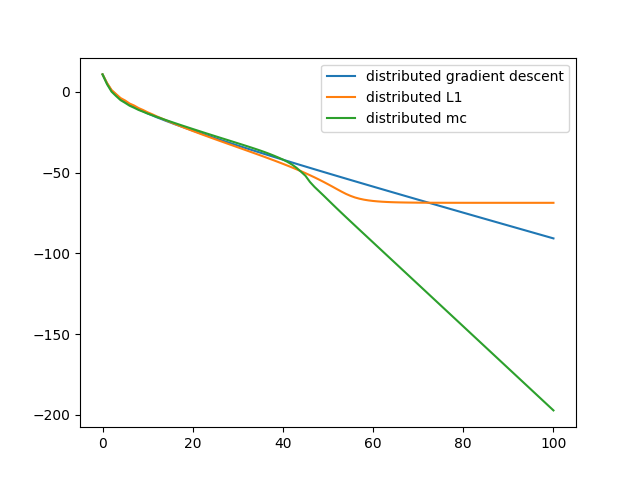
Repository: komuro-zero/distributed-optimization
Script's output: python main.py
These files come from the project's save history. The script's output is drawn as it stood at one moment and after the next save; the edit follows.
Random numbers start from a fixed seed.

Above is the script's output before, as saved 2019-09-24 11:40:06.

### main.py
import numpy as np
import matplotlib.pyplot as plt
from numpy.random import *
from modules.distributed_functions import functions


class distributed_updates(functions):


    def __init__(self):

        self.N = 30
        self.m = 100
        self.r_i = 40
        self.iteration = 100
        self.sparsity_percentage = 0.2
        self.lamb = 10**-2
        self.eta = 0.23
        self.rho = self.lamb*(20**2)
        if self.lamb/self.rho <= self.eta*self.lamb:
            print("faulty rho")
            exit()

    def make_variables(self):
        """
        w_star,U_all,d_allを返㝙
        """
        w = randn(self.N,1)
        w_star = self.w_star(self.N,self.sparsity_percentage)
        U_all = randn(self.m,self.N)
        d_all = np.dot(U_all,w_star)
        L2 = np.dot(w_star.T,w_star)

        return w,w_star,U_all,d_all,L2

    def run(self):
        w,w_star,U_all,d_all,L2 = self.make_variables()
        c = self.adjacency_matrix(self.m,self.r_i)
        w_all = self.make_w(self.m,self.N)

        #self.centralized_gradient_descent(U_all,d_all,w,w_star,L2,0.0035,self.iteration)
        #self.centralized_L1(U_all,d_all,w,w_star,L2,10**-4,0.0036,self.iteration)
        #self.centralized_mc(U_all,d_all,w,w_star,L2,5*10**-1,0.0036,5*10**-1*(23.57**2),self.iteration)
        self.distributed_gradient_descent(U_all,d_all,w_star,L2,self.N,self.m,self.r_i,0.25,self.iteration,c,w_all)
        self.distributed_L1(U_all,d_all,w_star,L2,self.N,self.m,self.r_i,10**-4,0.26,self.iteration,c,w_all)
        dmc = self.distributed_mc(U_all,d_all,w_star,L2,self.N,self.m,self.r_i,self.lamb,self.eta,self.rho,self.iteration,c,w_all)

        #error = [cgd[-1],cl1,cmc[-1],dgd[-1],dl1[-1],dmc[-1]]
        return dmc[-1]#error

"""
    #not completed
    def run_distributed(self):
        w,w_star,U_all,d_all,L2 = self.make_variables()

        lamb_l1 = 9*10**-5
        lamb_mc = 10**-3
        eta_gd = 0.1
        eta_l1 = 0.09
        eta_mc = 0.01

        self.distributed(U_all,d_all,w_star,L2,self.N,self.m,self.r_i,lamb_l1,lamb_mc,eta_gd,eta_l1,eta_mc,self.rho,self.iteration)
"""


if __name__ == "__main__":
    simulation = distributed_updates()
    cgd=cl1=cmc=dgd=dl1=dmc=[]
    for i in range(1):
        error = simulation.run()
        cgd.append(error)
        print("iteration:",i)
        """
        error = simulation.run()
        cgd.append(error[0])
        cl1.append(error[1])
        cmc.append(error[2])
        dgd.append(error[3])
        dl1.append(error[4])
        dmc.append(error[5])

        print("iteration:",i)
        """
    times = range(len(cgd))

    print("average:",sum(cgd)/len(cgd),"\n max:",max(cgd))
    #plt.bar(times,cgd)
    plt.legend()
    plt.show()

### modules/distributed_functions.py
#functions used in each simulations
import numpy as np
from numpy.random import *
import matplotlib.pyplot as plt
import random

class functions():
	def w_star(self,N,sparse_percentage):
		w_star = randn(N,1)     #０に近い値が出力される。つまり平均は0
		before_length = len(w_star)
		after_length = before_length
		while (after_length / before_length) > sparse_percentage:
			a = randint(0,N-1)  #randintは整数で返す
			w_star[a] = 0
			after_length = len(np.unique(w_star))-1  #重複要素の削除
		return w_star

	def db(self,x, y):
		db = 10 * np.log10(x / y)
		return db[0][0]

	def adjacency_matrix(self,m,r_i):
		c = np.eye(m)
		for j in range(m):
			counter = 0
			while counter != r_i:
				random_num = random.randint(0,m-1)
				if c[j][random_num] != 1:
					c[j][random_num] = 1
					counter += 1
		return c

	def make_w(self,m,N):
		w = randn(N,1).T
		for i in range(m-1):
			w = np.concatenate((w,randn(N,1).T))
		return w

	def centralized_gradient_descent(self,Ut,d,w,w_star,L2,eta,iteration):
		error = [self.db(np.dot((w-w_star).T,w-w_star)[0],L2)]
		times = [0]
		one_error =0
		U = Ut.T
		for i in range(iteration):
			w = w - 2*eta*(np.dot(U,(np.dot(Ut,w)-d)))
			one_error = np.dot((w-w_star).T,w-w_star)[0]
			error.append(self.db(one_error,L2))
			times.append(i+1)
		plt.plot(times,error,label = "centralized gradient descent")
		return error,w

	def centralized_L1(self,Ut,d,w,w_star,L2,lamb,eta,iteration):
		error = [self.db(np.dot((w-w_star).T,w-w_star)[0],L2)]
		times = [0]
		one_error =0
		U = Ut.T
		for i in range(iteration):
			w = w - 2*eta*(np.dot(U,(np.dot(Ut,w)-d)))
			for j in range(len(w)):
				if w[j] > 0 and lamb < abs(w[j]):
					w[j] -= lamb
				elif w[j] < 0 and lamb < abs(w[j]):
					w[j] += lamb
				else:
					w[j] = 0
			one_error = np.dot((w-w_star).T,w-w_star)[0]
			error.append(self.db(one_error,L2))
			times.append(i+1)
		exec("plt.plot(times,error,label = 'centralized_L1')")
		return error,w

	def centralized_mc(self,Ut,d,w,w_star,L2,lamb,eta,rho,iteration):
		error = [self.db(np.dot((w-w_star).T,w-w_star)[0],L2)]
		times = [0]
		one_error =0
		U = Ut.T
		for i in range(iteration):
			w = w - 2*eta*(np.dot(U,(np.dot(Ut,w)-d)))
			for j in range(len(w)):
				if abs(w[j]) < eta*lamb:
					w[j] = 0
				elif eta*lamb < abs(w[j]) and abs(w[j]) < lamb/rho:
					w[j] = w[j]*(abs(w[j])-eta*lamb)/(abs(w[j])*(1-eta*rho))
				elif lamb/rho <= abs(w[j]):
					w[j] = w[j]
				else:
					print("banana")
			one_error = np.dot((w-w_star).T,w-w_star)[0]
			error.append(self.db(one_error,L2))
			times.append(i+1)
			one_error = 0
		plt.plot(times,error,label = "centralized_mc")
		return error,w

	def one_gradient_descent(self,Ut,d,w,eta):
		U = Ut.T
		w = w - 2*eta*((U*(np.dot(Ut,w)-d)))
		return w

	def one_L1(self,Ut,d,w,lamb,eta):
		U = Ut.T
		w = w - 2*eta*((U*(np.dot(Ut,w)-d)))
		for j in range(len(w)):
			if w[j] > 0 and lamb < abs(w[j]):
				w[j] -= lamb
			elif w[j] < 0 and lamb < abs(w[j]):
				w[j] += lamb
			else:
				w[j] = 0
		return w

	def one_mc(self,Ut,d,w,lamb,eta,rho):
		U = Ut.T
		w = w - 2*eta*((U*(np.dot(Ut,w)-d)))
		for j in range(len(w)):
			if abs(w[j]) < eta*lamb:
				w[j] = 0
			elif eta*lamb < abs(w[j]) and abs(w[j]) < lamb/rho:
				w[j] = w[j]*(abs(w[j])-eta*lamb)/(abs(w[j])*(1-eta*rho))
			elif lamb/rho <= abs(w[j]):
				w[j] = w[j]
			else:
				print("banana")
		return w

	def distributed_gradient_descent(self,Ut,d,w_star,L2,N,m,r_i,eta,iteration,c,w_all_f):
		average_error = [0]
		for i in range(1,m+1,1):
			exec("u_%d = Ut[%d]" % (i,i-1))
			exec("d_%d = d[%d][0]" % (i,i-1))
			exec("w_%d = np.reshape(w_all_f[%d],(N,1)).ravel() " % (i,i-1))
			exec("w_next_%d = w_%d" % (i,i))
			exec("error_w_%d = []" % (i))
			exec("one_error_%d =[]" % (i))
			exec("average_error[0] += self.db(np.dot((w_%d-w_star.ravel()).T,w_%d-w_star.ravel()),L2)"%(i,i))
		average_error[0] = average_error[0]/m
		times = [0]
		for i in range(iteration):
			for j in range(1,m+1,1):
				exec("w_%d = self.one_gradient_descent(u_%d,d_%d,w_%d,eta)" % (j,j,j,j))
				exec("w_next_%d = w_%d" % (j,j))
			exec("w_all = [w_next_1]")
			for j in range(2,m+1):
				exec("w_all = np.concatenate((w_all,[w_next_%d]))" %(j))
			exec("average = (1/(r_i+1))*np.dot(c,w_all)")
			for j in range(1,m+1,1):
				exec("w_%d = average[%d]" % (j,j-1))
			for j in range(1,m+1,1):
				exec("one_error_%d = np.dot((w_%d-w_star.ravel()).T,w_%d-w_star.ravel())" % (j,j,j))
				#exec("print(one_error_%d)"%(j))
				exec("error_w_%d.append(self.db(one_error_%d,L2))" % (j,j))
			times.append(i+1)
		for i in range(iteration):
			exec("average_error.append(error_w_1[%d])" % (i))
			for j in range(2,m+1,1):
				exec("average_error[%d] += error_w_%d[%d]" % (i+1,j,i))
			average_error[i+1] = average_error[i+1]/m
		exec("plt.plot(times,average_error,label = 'distributed gradient descent')")
		return average_error

	def distributed_L1(self,Ut,d,w_star,L2,N,m,r_i,lamb,eta,iteration,c,w_all_f):
		average_error = [0]
		for i in range(1,m+1,1):
			exec("u_%d = Ut[%d]" % (i,i-1))
			exec("d_%d = d[%d][0]" % (i,i-1))
			exec("w_%d = np.reshape(w_all_f[%d],(N,1)).ravel() " % (i,i-1))
			exec("w_next_%d = w_%d" % (i,i))
			exec("error_w_%d = []" % (i))
			exec("one_error_%d =[]" % (i))
			exec("average_error[0] += self.db(np.dot((w_%d-w_star.ravel()).T,w_%d-w_star.ravel()),L2)"%(i,i))
		average_error[0] = average_error[0]/m

		times = [0]
		for i in range(iteration):
			for j in range(1,m+1,1):
				exec("w_%d = self.one_L1(u_%d,d_%d,w_%d,lamb,eta)" % (j,j,j,j))
				exec("w_next_%d = w_%d" % (j,j))
			exec("w_all = [w_next_1]")
			for j in range(2,m+1):
				exec("w_all = np.concatenate((w_all,[w_next_%d]))" %(j))
			exec("average = (1/(r_i+1))*np.dot(c,w_all)")
			for j in range(1,m+1,1):
				exec("w_%d = average[%d]" % (j,j-1))
			for j in range(1,m+1,1):
				exec("one_error_%d = np.dot((w_%d-w_star.ravel()).T,w_%d-w_star.ravel())" % (j,j,j))
				exec("error_w_%d.append(self.db(one_error_%d,L2))" % (j,j))
			times.append(i+1)
		for i in range(iteration):
			exec("average_error.append(error_w_1[%d])" % (i))
			for j in range(2,m+1,1):
				exec("average_error[%d] += error_w_%d[%d]" % (i+1,j,i))
			average_error[i+1] = average_error[i+1]/m
		exec("plt.plot(times,average_error,label = 'distributed L1')")
		return average_error

	def distributed_mc(self,Ut,d,w_star,L2,N,m,r_i,lamb,eta,rho,iteration,c,w_all_f):
		average_error = [0]
		for i in range(1,m+1,1):
			exec("u_%d = Ut[%d]" % (i,i-1))
			exec("d_%d = d[%d][0]" % (i,i-1))
			exec("w_%d = np.reshape(w_all_f[%d],(N,1)).ravel() " % (i,i-1))
			exec("w_next_%d = w_%d" % (i,i))
			exec("error_w_%d = []" % (i))
			exec("one_error_%d =[]" % (i))
			exec("average_error[0] += self.db(np.dot((w_%d-w_star.ravel()).T,w_%d-w_star.ravel()),L2)"%(i,i))
		average_error[0] = average_error[0]/m
		times = [0]
		for i in range(iteration):
			for j in range(1,m+1,1):
				exec("w_%d = self.one_mc(u_%d,d_%d,w_%d,lamb,eta,rho)" % (j,j,j,j))
				exec("w_next_%d = w_%d" % (j,j))
			exec("w_all = [w_next_1]")
			for j in range(2,m+1):
				exec("w_all = np.concatenate((w_all,[w_next_%d]))" %(j))
			exec("average = (1/(r_i+1))*np.dot(c,w_all)")
			for j in range(1,m+1,1):
				exec("w_%d = average[%d]" % (j,j-1))
			for j in range(1,m+1,1):
				exec("one_error_%d = np.dot((w_%d-w_star.ravel()).T,w_%d-w_star.ravel())" % (j,j,j))

				exec("error_w_%d.append(self.db(one_error_%d,L2))" % (j,j))
			times.append(i+1)
		for i in range(iteration):
			exec("average_error.append(error_w_1[%d])" % (i))
			for j in range(2,m+1,1):
				exec("average_error[%d] += error_w_%d[%d]" % (i+1,j,i))
			average_error[i+1] = average_error[i+1]/m
		exec("plt.plot(times,average_error,label = 'distributed mc')")
		return average_error

	#not good
	def distributed(self,Ut,d,w_star,L2,N,m,r_i,lamb_l1,lamb_mc,eta_gd,eta_l1,eta_mc,rho,iteration):
		for i in range(1,m+1,1):
			exec("u_%d = Ut[%d]" % (i,i-1))
			exec("d_%d = d[%d][0]" % (i,i-1))
			exec("w_%d = randn(N,1).ravel() " % (i))
			exec("w_mc_%d = w_l1_%d = w_gd_%d = w_%d" % (i,i,i,i))
			exec("w_next_gd_%d =w_next_l1_%d =w_next_mc_%d = w_%d" % (i,i,i,i))
			exec("error_w_gd_%d =error_w_l1_%d =error_w_mc_%d = []" % (i,i,i))
			exec("one_error_gd_%d =one_error_l1_%d =one_error_mc_%d =[]" % (i,i,i))
		average_error_gd = []
		average_error_l1 = []
		average_error_mc = []
		times = []
		c = np.eye(m)
		for j in range(m):
			counter = 0
			while counter != r_i:
				random_num = random.randint(0,m-1)
				if c[j][random_num] != 1:
					c[j][random_num] = 1
					counter += 1
		for i in range(iteration):
			for j in range(1,m+1,1):
				exec("w_gd_%d = self.one_gradient_descent(u_%d,d_%d,w_gd_%d,eta_gd)" % (j,j,j,j))
				exec("w_next_gd_%d = w_gd_%d" % (j,j))
				exec("w_l1_%d = self.one_L1(u_%d,d_%d,w_l1_%d,lamb_l1,eta_l1)" % (j,j,j,j))
				exec("w_next_l1_%d = w_l1_%d" % (j,j))
				exec("w_mc_%d = self.one_mc(u_%d,d_%d,w_mc_%d,lamb_mc,eta_mc,rho)" % (j,j,j,j))
				exec("w_next_mc_%d = w_mc_%d" % (j,j))
			exec("w_all_gd = [w_next_gd_1]")
			exec("w_all_l1 = [w_next_l1_1]")
			exec("w_all_mc = [w_next_mc_1]")
			for j in range(2,m+1):
				exec("w_all_gd = np.concatenate((w_all_gd,[w_next_gd_%d]))" %(j))
				exec("w_all_l1 = np.concatenate((w_all_l1,[w_next_l1_%d]))" %(j))
				exec("w_all_mc = np.concatenate((w_all_mc,[w_next_mc_%d]))" %(j))
			exec("average_gd = (1/(r_i+1))*np.dot(c,w_all_gd)")
			exec("average_l1 = (1/(r_i+1))*np.dot(c,w_all_l1)")
			exec("average_mc = (1/(r_i+1))*np.dot(c,w_all_mc)")
			for j in range(1,m+1,1):
				exec("w_gd_%d = average_gd[%d]" % (j,j-1))
				exec("w_l1_%d = average_l1[%d]" % (j,j-1))
				exec("w_mc_%d = average_mc[%d]" % (j,j-1))
			for j in range(1,m+1,1):
				exec("one_error_gd_%d = np.dot((w_gd_%d-w_star.ravel()).T,w_gd_%d-w_star.ravel())" % (j,j,j))
				#exec("print(i,j,self.db(one_error_gd_1,L2))")
				exec("error_w_gd_%d.append(self.db(one_error_gd_%d,L2))" % (j,j))
				exec("one_error_l1_%d = np.dot((w_l1_%d-w_star.ravel()).T,w_l1_%d-w_star.ravel())" % (j,j,j))
				exec("error_w_l1_%d.append(self.db(one_error_l1_%d,L2))" % (j,j))
				exec("one_error_mc_%d = np.dot((w_mc_%d-w_star.ravel()).T,w_mc_%d-w_star.ravel())" % (j,j,j))
				exec("error_w_mc_%d.append(self.db(one_error_mc_%d,L2))" % (j,j))
			exec("print(self.db(one_error_gd_1,L2),self.db(one_error_l1_1,L2),self.db(one_error_mc_,L2))")
			exec("print(error_w_gd_1)")
			times.append(i)
		for i in range(iteration):
			exec("average_error_gd.append(error_w_gd_1[%d])" % (i))
			exec("average_error_l1.append(error_w_l1_1[%d])" % (i))
			exec("average_error_mc.append(error_w_mc_1[%d])" % (i))
			for j in range(2,m+1,1):
				exec("average_error_gd[%d] += error_w_gd_%d[%d]" % (i,j,i))
				exec("average_error_l1[%d] += error_w_l1_%d[%d]" % (i,j,i))
				exec("average_error_mc[%d] += error_w_mc_%d[%d]" % (i,j,i))
			average_error_gd[i] = average_error_gd[i]/m
			average_error_l1[i] = average_error_l1[i]/m
			average_error_mc[i] = average_error_mc[i]/m
		plt.plot(times,average_error_gd,label = 'distributed gradient descent')
		plt.plot(times,average_error_l1,label = 'distributed L1')
		plt.plot(times,average_error_mc,label = 'distributed mc')
		plt.legend()
		plt.show()
		return average_error_gd,average_error_l1,average_error_mc

After the next save:
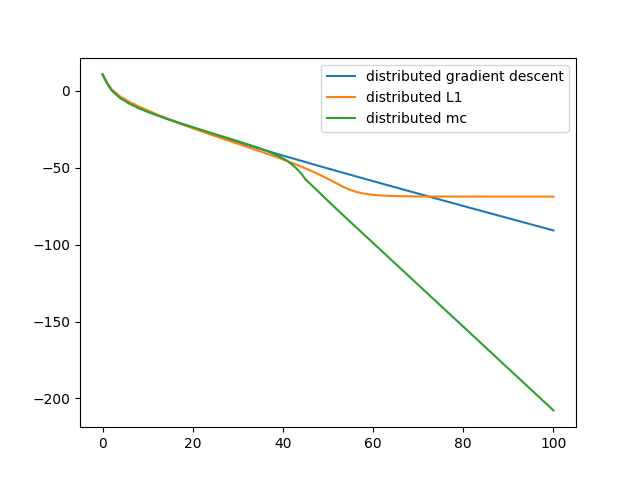
Saved 17 min 48 s later.
--- a/main.py
+++ b/main.py
@@ -15,7 +15,7 @@ class distributed_updates(functions):
         self.iteration = 100
         self.sparsity_percentage = 0.2
         self.lamb = 10**-2
-        self.eta = 0.23
+        self.eta = 0.24
         self.rho = self.lamb*(20**2)
         if self.lamb/self.rho <= self.eta*self.lamb:
             print("faulty rho")
